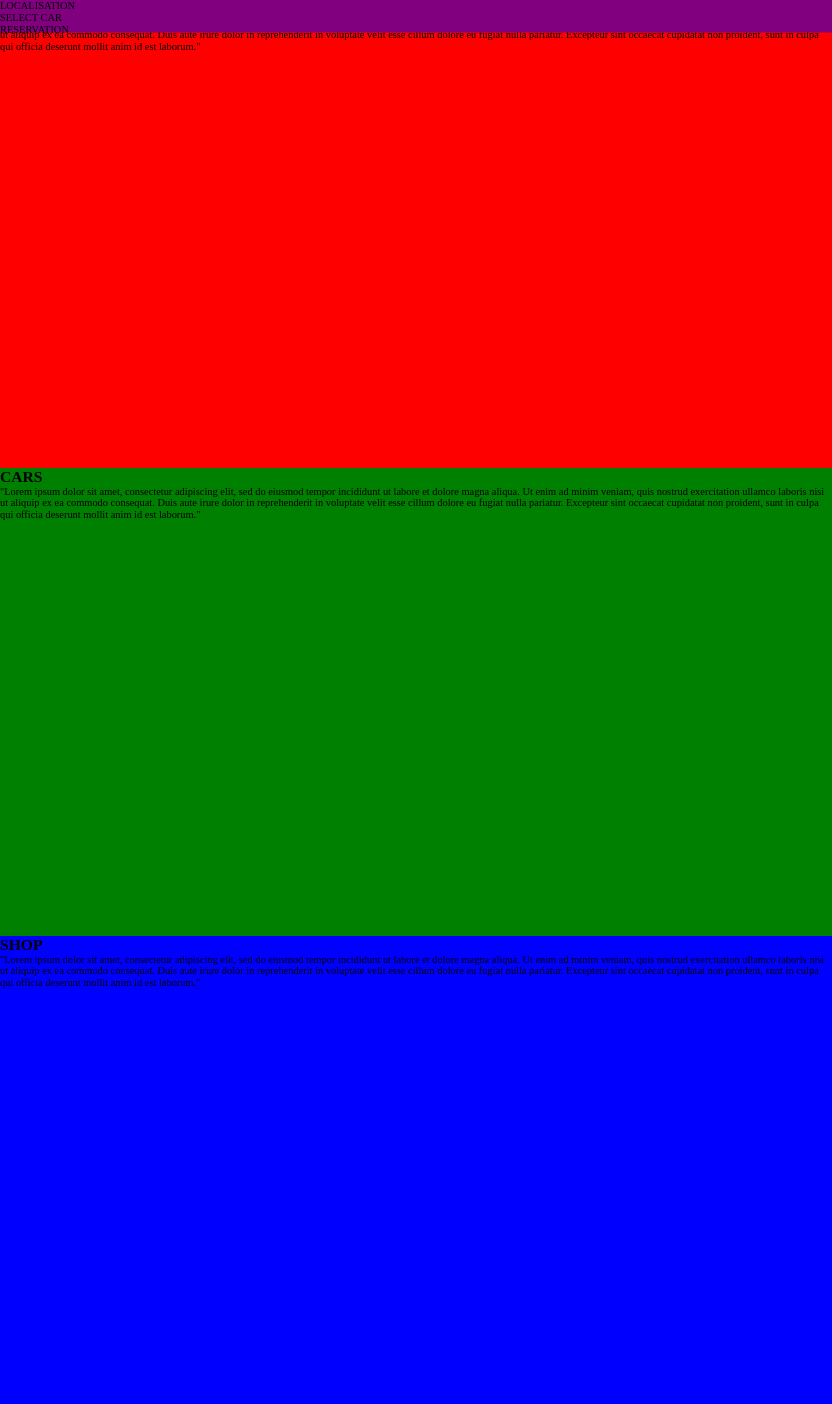
Repository: romgrm/jenaipasdevoiture
Page: src/main/java/fr/romgrm/index.html
These files come from the project's save history. The page is drawn as it stood at one moment and after the next save; the edit follows.
The browser window is 1280 px wide. The pictures show the whole page, at 65% of full size.

Above is the page before, as saved 2020-10-15 18:02:37.

### src/main/java/fr/romgrm/index.html
<!DOCTYPE html>
<html lang="fr">
    <head>
        <title>JENAIPASDARGENT</title>
        <link rel="stylesheet" href="style.css" type="text/css"/>
    </head>
    <body>

        <div id="CONTAINER">

            <nav id="navBar">
                <ul>
                    <li>LOCALISATION</li>
                    <li>SELECT CAR</li>
                    <li>RESERVATION</li>
                </ul>
            </nav>


            <Section id="Section" class="HOME">
                 <h2>HOME</h2>
                 <p>"Lorem ipsum dolor sit amet, consectetur adipiscing elit, sed do eiusmod tempor incididunt ut labore et dolore magna aliqua. Ut enim ad minim veniam, quis nostrud exercitation ullamco laboris nisi ut aliquip ex ea commodo consequat. Duis aute irure dolor in reprehenderit in voluptate velit esse cillum dolore eu fugiat nulla pariatur. Excepteur sint occaecat cupidatat non proident, sunt in culpa qui officia deserunt mollit anim id est laborum."</p>
            </Section>




            <Section id="Section" class="SELECTCAR">
                <h2>CARS</h2>
                <p>"Lorem ipsum dolor sit amet, consectetur adipiscing elit, sed do eiusmod tempor incididunt ut labore et dolore magna aliqua. Ut enim ad minim veniam, quis nostrud exercitation ullamco laboris nisi ut aliquip ex ea commodo consequat. Duis aute irure dolor in reprehenderit in voluptate velit esse cillum dolore eu fugiat nulla pariatur. Excepteur sint occaecat cupidatat non proident, sunt in culpa qui officia deserunt mollit anim id est laborum."</p>
            </Section>




            <Section id="Section" class="RECAPITULATE">
                <h2>SHOP</h2>
                <p>"Lorem ipsum dolor sit amet, consectetur adipiscing elit, sed do eiusmod tempor incididunt ut labore et dolore magna aliqua. Ut enim ad minim veniam, quis nostrud exercitation ullamco laboris nisi ut aliquip ex ea commodo consequat. Duis aute irure dolor in reprehenderit in voluptate velit esse cillum dolore eu fugiat nulla pariatur. Excepteur sint occaecat cupidatat non proident, sunt in culpa qui officia deserunt mollit anim id est laborum."</p>
            </Section>



        </div>

### src/main/java/fr/romgrm/style.css
*{
    margin: 0;
    padding: 0;
}

body{

}

#navBar{
    background-color: purple;
    position: fixed;
    top: 0;
    z-index: 1;
    display: flex;
    width: 100%;
    height: 50px;

}

#navBar ul{
    display: block;
}

#CONTAINER{
    height: 100%;
    width: 100%;

    scroll-behavior: smooth;
}


#Section{
    display: flex;
    flex-direction: column;
    width: 100%;
    height: 100vh; /* vh = Viewport Height : permet de dimensioner par rapport à la taille de l'écran*/

}
.HOME{
    background-color: red;
    margin: 0;
    padding: 0;
}

.SELECTCAR{
    background-color: green;
}

.RECAPITULATE{
    background-color: blue;
}

After the next save:
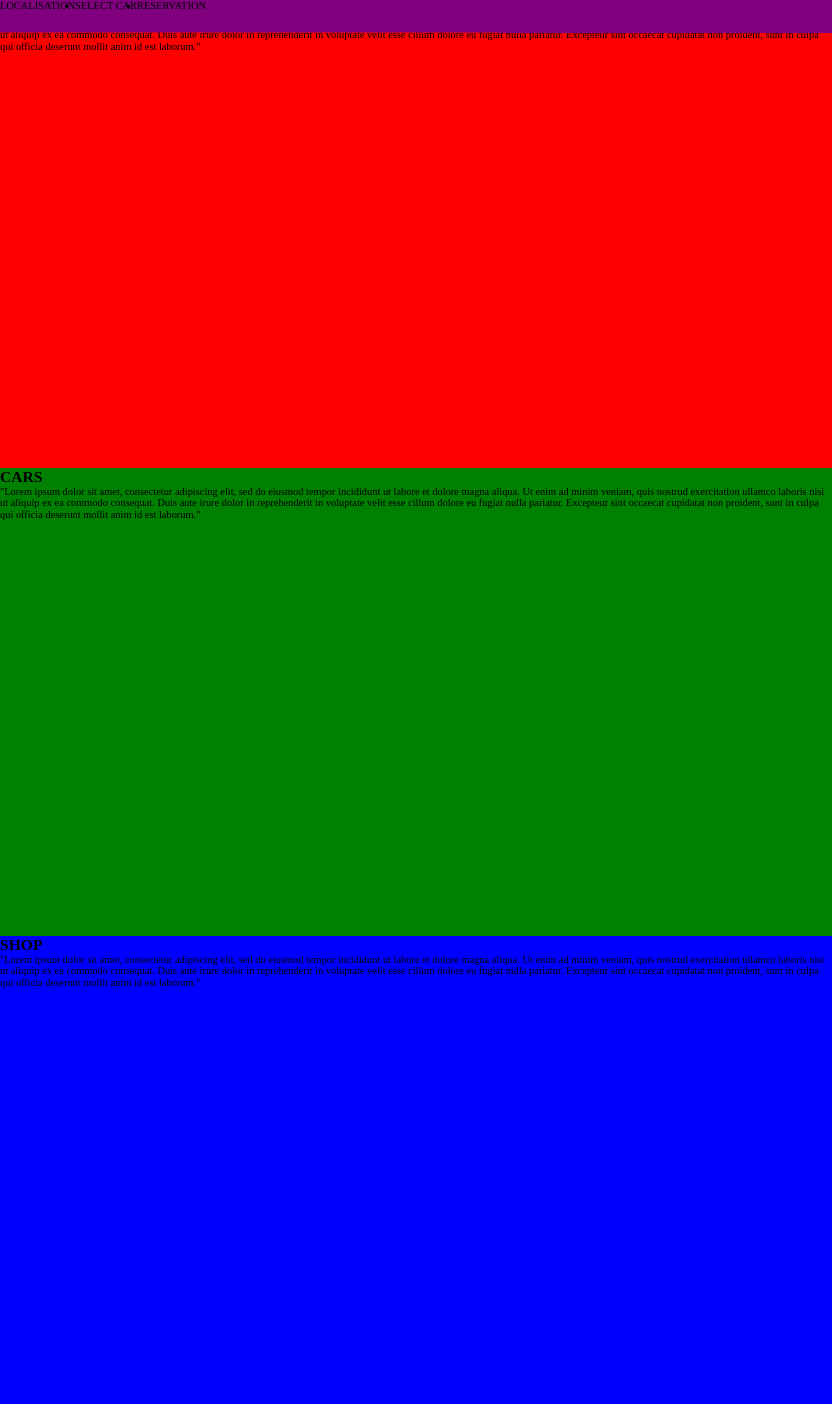
Saved 5 s later.
--- a/src/main/java/fr/romgrm/style.css
+++ b/src/main/java/fr/romgrm/style.css
@@ -19,7 +19,7 @@ body{
 }
 
 #navBar ul{
-    display: block;
+    display: flex;
 }
 
 #CONTAINER{
